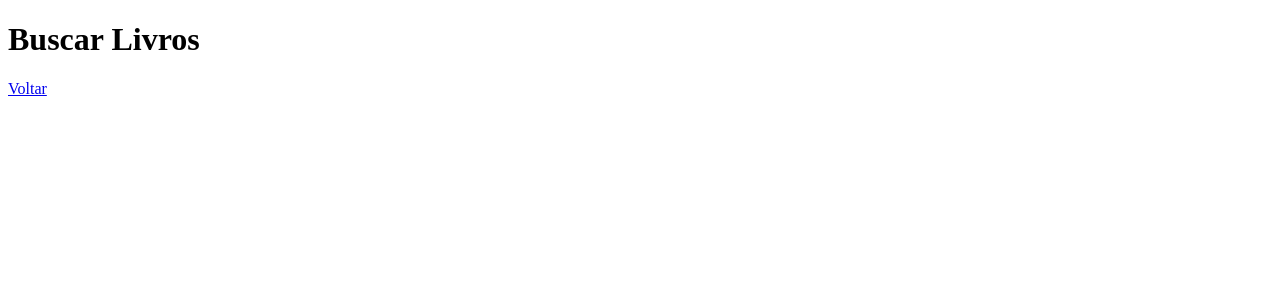
Repository: melloeduarda/html
Page: buscar.html
The author's editor kept a copy of each file at every save. The page is drawn from the files as they stood at one save, then again after a run of saves.
The browser window is 1280 px wide. The pictures show the whole page.

Above is the page before, as saved 2026-10-28 15:56:37.

### buscar.html
<!DOCTYPE html>
<html lang="en">
<head>
    <meta charset="UTF-8">
    <meta name="viewport" content="width=device-width, initial-scale=1.0">
    <title>Buscar Livros</title>
</head>
<body>
    <header>
        <h1>Buscar Livros</h1>
        <a class="botao" href="index.html">Voltar</a>
    <header>


</body>
</html>

After the next 10 saves:
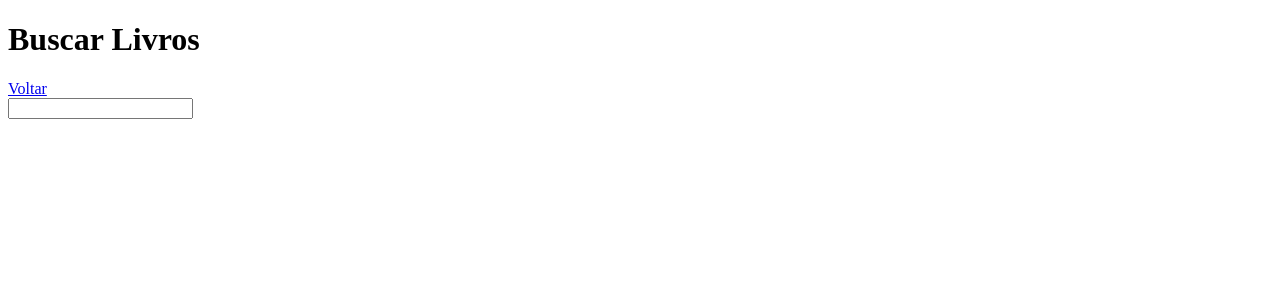
The 10 saves are shown as one change because they came seconds apart.
The last was saved 26 s later.
--- a/buscar.html
+++ b/buscar.html
@@ -11,6 +11,7 @@
         <a class="botao" href="index.html">Voltar</a>
     <header>
 
-
+        <form>
+            <input type="text">
 </body>
 </html>
